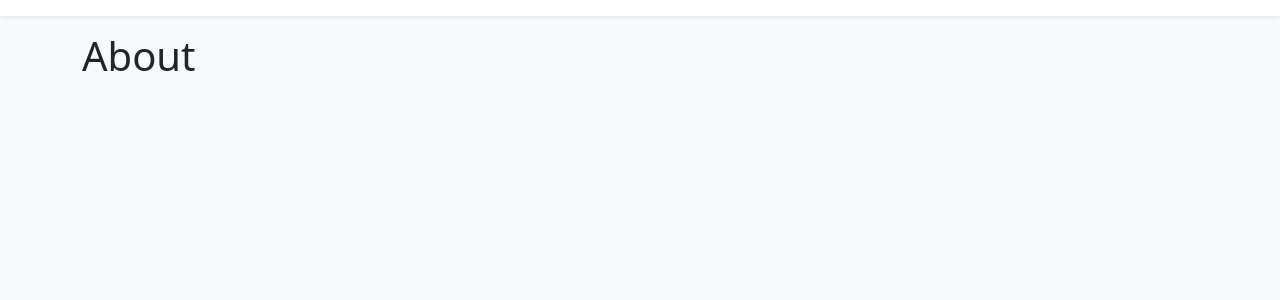
Repository: kurtveil/react-ecommerce
Page: /about
The author's editor kept a copy of each file at every save. The page is drawn from the files as they stood at one save, then again after the next save.
The browser window is 1280 px wide. The pictures show the whole page.
The project was rebuilt for these pictures with package versions that can differ from the ones it lists, and the page was loaded fresh each time. Also part of the build but not shown: vite.config.ts, src/pages/Home.tsx, src/pages/Store.tsx.

Above is the page before, as saved 2023-07-12 19:33:18.

After the next save:
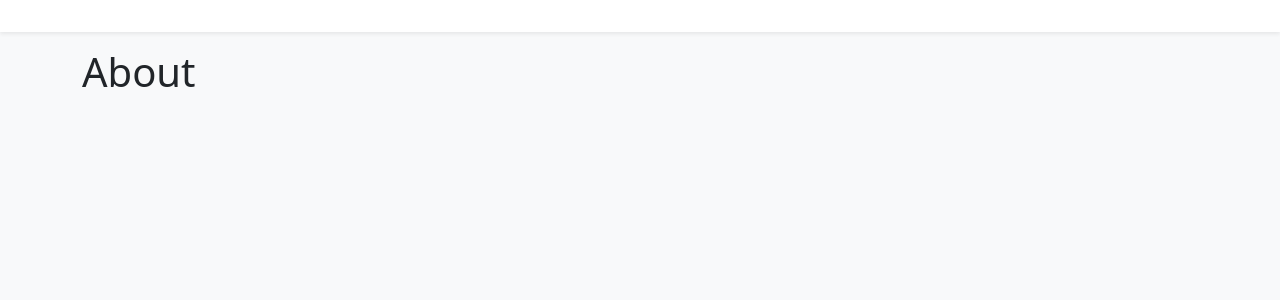
Saved 61 s later.
--- a/src/components/Navbar.tsx
+++ b/src/components/Navbar.tsx
@@ -1,11 +1,11 @@
 import {Container,Nav,Navbar as NavbarBs} from 'react-bootstrap';
-
+import {NavLink}from 'react-router-dom';
 export default function Navbar() {
   return (
     <NavbarBs className='bg-white shadow-sm mb-3'>
         <Container>
             <Nav>
-
+                <Nav.Link></Nav.Link>
             </Nav>
         </Container>
     </NavbarBs>
